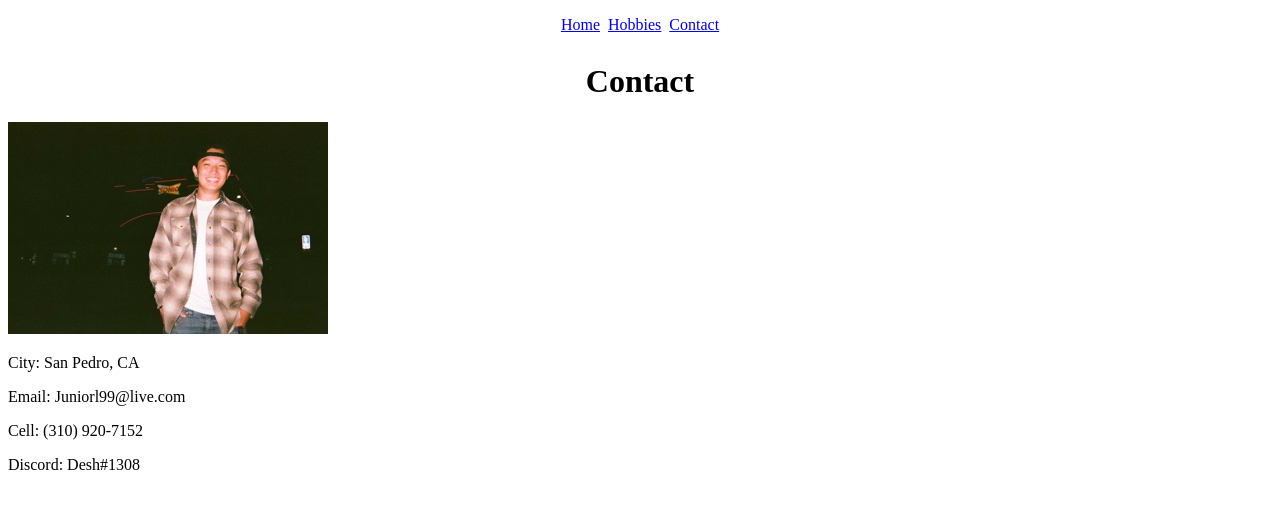
Repository: sebas6292/Jeff-Midterm
Page: contact.html
The author's editor kept a copy of each file at every save. The page is drawn from the files as they stood at one save, then again after the next save.
The browser window is 1280 px wide. The pictures show the whole page.

Above is the page before, as saved 2023-04-30 23:08:27.

After the next save:
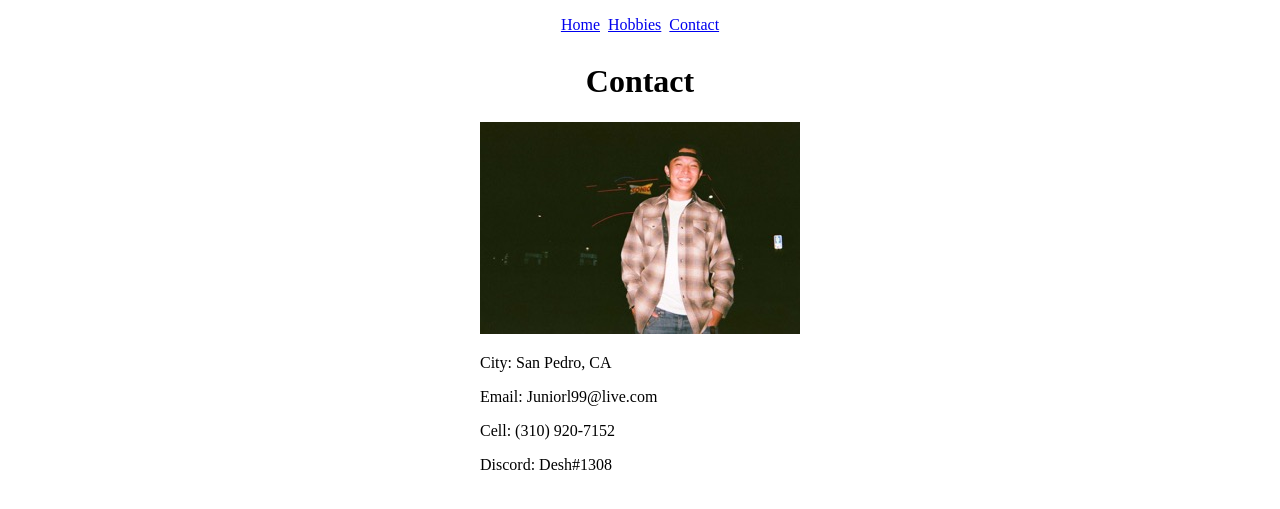
Saved 14 s later.
--- a/styles.css
+++ b/styles.css
@@ -27,7 +27,7 @@ nav {
   border-radius: 10%;
 }
 
-h1 {
+h1, .contact-info {
   display: flex;
   justify-content: center;
 }
